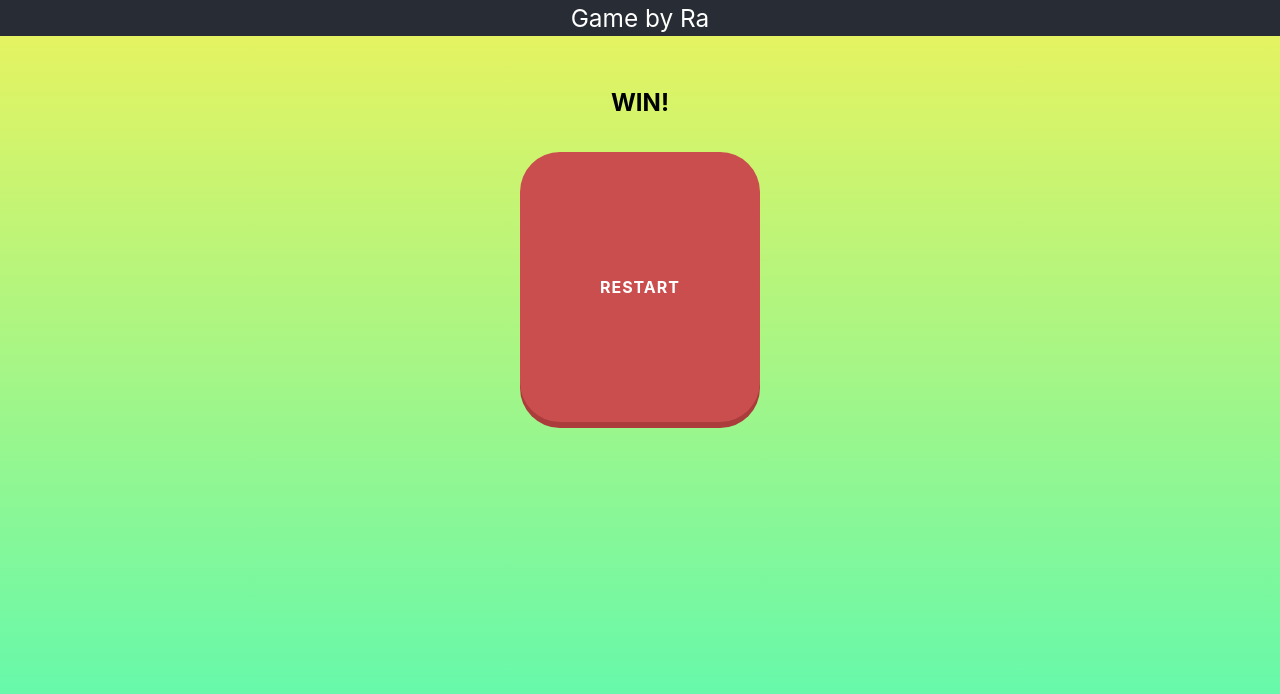
Repository: Sergioramasano/ramos-game
Page: /
An editor plug-in stored every save of this project. The page is shown before and after the next save, followed by the edit.
The browser window is 1280 px wide. The pictures show the whole page.
The project was rebuilt for these pictures with package versions that can differ from the ones it lists, and the page was loaded fresh each time. Also part of the build but not shown: src/components/Cards.js.

Above is the page before, as saved 2021-02-11 19:39:19.

After the next save:
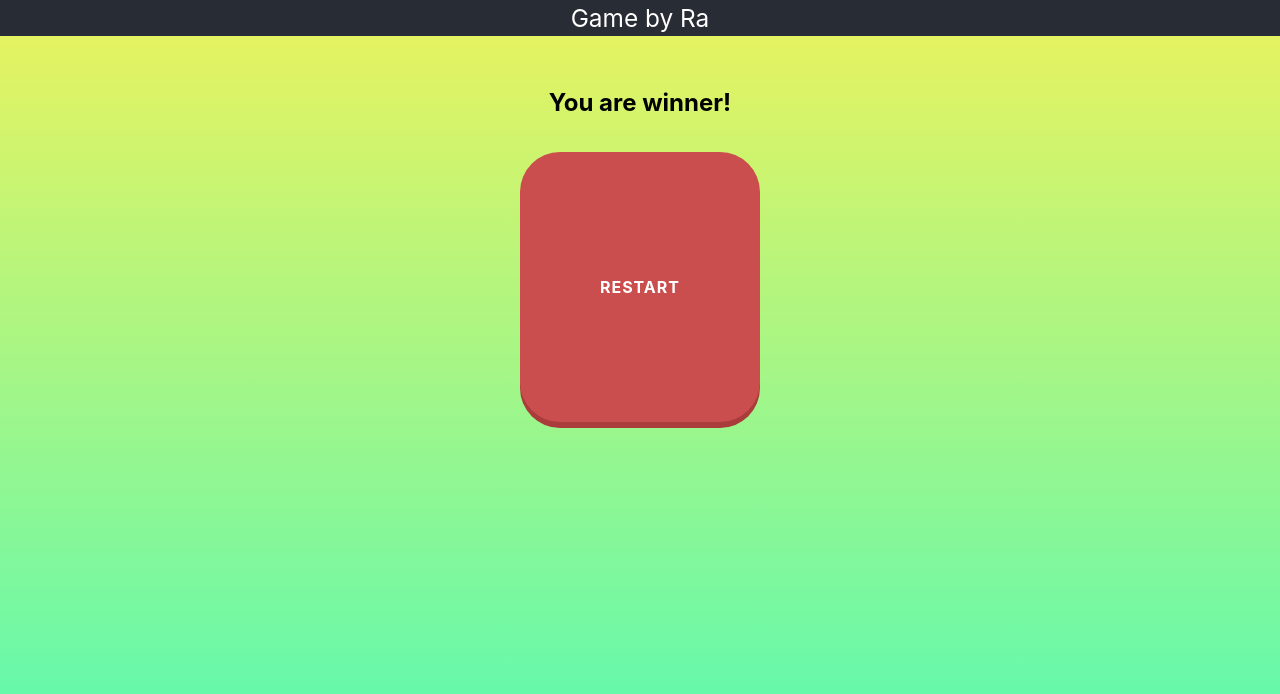
Saved 17 s later.
--- a/src/components/GameBox/GameBox.js
+++ b/src/components/GameBox/GameBox.js
@@ -45,7 +45,11 @@
 
   return (
     <main className={styles.gamebox}>
-      {bingo.length !== urls.length ? <h2>WIN!</h2> : <h2>Let's go!</h2>}
+      {bingo.length !== urls.length ? (
+        <h2>You are winner!</h2>
+      ) : (
+        <h2>Let's go!</h2>
+      )}
 
       <section className={styles.wrap}>
         {bingo.length !== urls.length ? (
